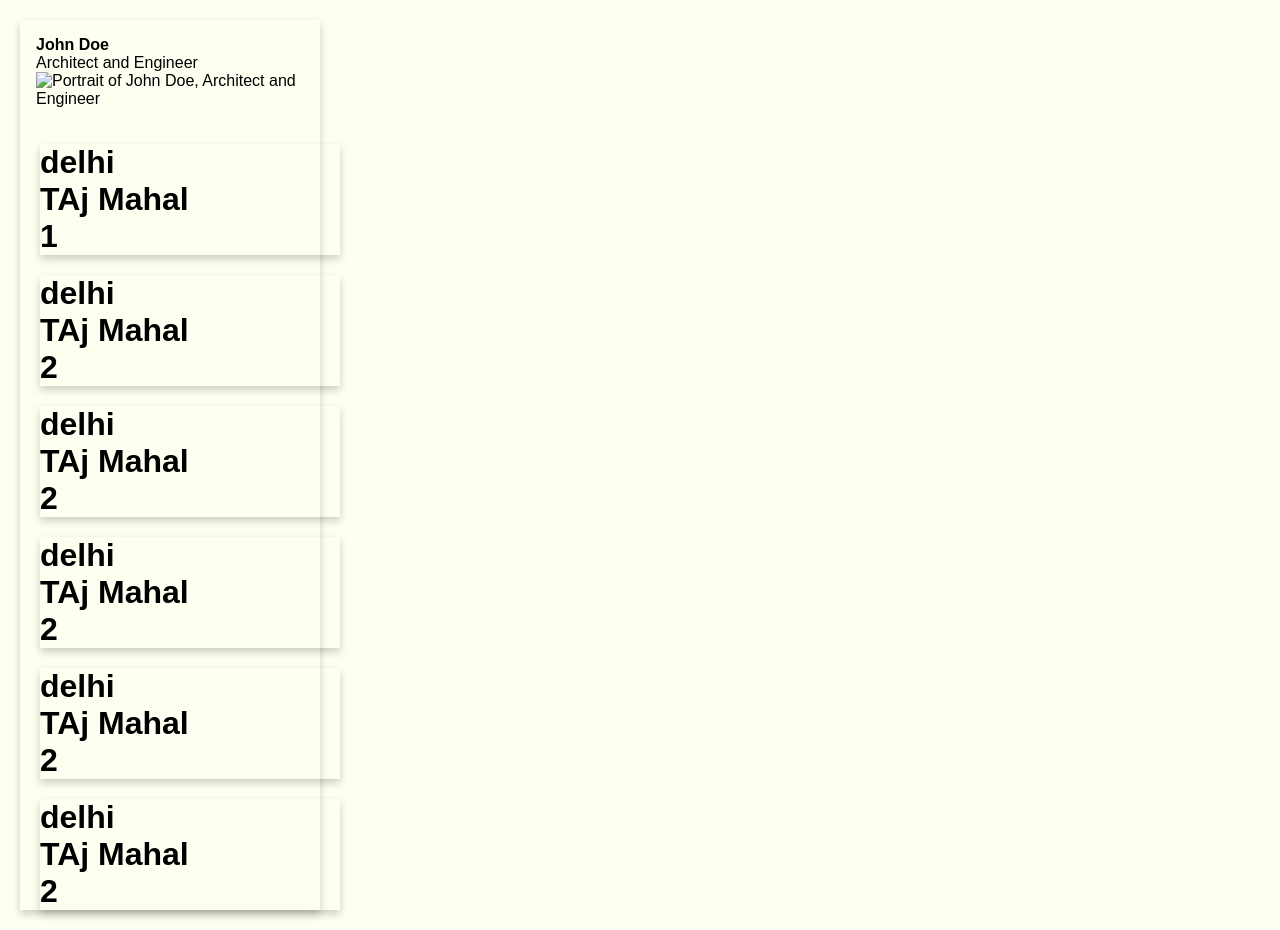
Repository: Muskan1Kumari4draw/React-app-with-concept
Page: /
The author's editor kept a copy of each file at every save. The page is drawn from the files as they stood at one save, then again after a run of saves.
The browser window is 1280 px wide. The pictures show the whole page.
The project was rebuilt for these pictures with package versions that can differ from the ones it lists, and the page was loaded fresh each time.

Above is the page before, as saved 2024-09-29 14:46:31.

### src/App.js
import React from 'react';
import Restaurant from  "./component/Basic/Restaurant";
const App = () => {
  return <Restaurant/> ;
};

export default App

### src/component/Basic/Restaurant.js
import React from 'react';
import "./style.css";
import data from './restaurant.json'
const Restaurant = () => {
  return (
    <>
      <div className="card">
        <div className="container">
          <span className="card-title"><b>John Doe</b></span>
          <p className="description">Architect and Engineer</p>
          <img  alt="Portrait of John Doe, Architect and Engineer" />
        </div>
      <div>
        {
          data.map((item, index) =>{
            return (
              <div key ={index} className='card'>
                <h1 className="card-title">{item.placeName}</h1>
                <h1 className="description">{item.Monument}</h1>
                <h1>{item.id}</h1>
              </div>
            )
          })
        }
      </div>
      </div>
    </>
  );
};

export default Restaurant;

### src/component/Basic/style.css
* {
  margin: 0;
  padding: 0;
  box-sizing: border-box;
}

body {
  background: rgb(255, 255, 241);
  font-family: Arial, sans-serif;
}

/* Navbar Styling */
.navbar {
  margin: auto;
  background: #fff;
  height: 50px;
  box-shadow: 0 4px 8px 0 rgba(0, 0, 0, 0.2);
  display: flex;
  justify-content: center;
  align-items: center;
}

.menu-nav {
  display: flex;
  justify-content: center;
}

.navbar a {
  color: #333;
  text-align: center;
  padding: 14px 16px;
  text-decoration: none;
  font-size: 17px;
  margin: auto;
}

/* Card Styling */
.card {
  box-shadow: 0 4px 8px 0 rgba(0, 0, 0, 0.2);
  transition: 0.3s;
  width: 300px;
  height: auto;
  margin: 20px;
}

.card:hover {
  box-shadow: 0 8px 16px 0 rgba(0, 0, 0, 0.2);
}

.container {
  padding: 16px;
}

.container img {
  width: 100%;
  height: auto;
  display: block;
}

.section-div {
  display: flex;
  flex-wrap: wrap;
  justify-content: center;
  align-items: center;
}

/* Responsive Media Queries */
@media screen and (max-width: 768px) {
  /* Stack the navbar links vertically on small screens */
  .navbar {
    flex-direction: column;
    height: auto;
  }

  .menu-nav {
    flex-direction: column;
  }

  .navbar a {
    padding: 10px;
    font-size: 15px;
    margin: 5px 0;
  }

  /* Adjust card layout on small screens */
  .card {
    width: 90%;
    margin: 10px;
  }

  /* Adjust font size and padding */
  .container {
    padding: 10px;
  }
}

@media screen and (max-width: 480px) {
  /* Further adjustments for very small screens */
  .navbar a {
    font-size: 14px;
    padding: 8px;
  }

  .card {
    width: 100%;
    margin: 10px;
  }

  .container h4 {
    font-size: 18px;
  }

  .container p {
    font-size: 14px;
  }
}  * {
      margin: 0;
      padding: 0;
      box-sizing: border-box;
    }

    body {
      background: rgb(255, 255, 241);
      font-family: Arial, sans-serif;
    }

    /* Navbar Styling */
    .navbar {
      margin: auto;
      background: #fff;
      height: 50px;
      box-shadow: 0 4px 8px 0 rgba(0, 0, 0, 0.2);
      display: flex;
      justify-content: center;
      align-items: center;
    }

    .menu-nav {
      display: flex;
      justify-content: center;
    }

    .navbar a {
      color: #333;
      text-align: center;
      padding: 14px 16px;
      text-decoration: none;
      font-size: 17px;
      margin: auto;
    }

    /* Card Styling */
    .card {
      box-shadow: 0 4px 8px 0 rgba(0, 0, 0, 0.2);
      transition: 0.3s;
      width: 300px;
      height: auto;
      margin: 20px;
    }

    .card:hover {
      box-shadow: 0 8px 16px 0 rgba(0, 0, 0, 0.2);
    }

    .container {
      padding: 16px;
    }

    .container img {
      width: 100%;
      height: auto;
      display: block;
    }

    .section-div {
      display: flex;
      flex-wrap: wrap;
      justify-content: center;
      align-items: center;
    }

    /* Responsive Media Queries */
    @media screen and (max-width: 768px) {
      /* Stack the navbar links vertically on small screens */
      .navbar {
        flex-direction: column;
        height: auto;
      }

      .menu-nav {
        flex-direction: column;
      }

      .navbar a {
        padding: 10px;
        font-size: 15px;
        margin: 5px 0;
      }

      /* Adjust card layout on small screens */
      .card {
        width: 90%;
        margin: 10px;
      }

      /* Adjust font size and padding */
      .container {
        padding: 10px;
      }
    }

    @media screen and (max-width: 480px) {
      /* Further adjustments for very small screens */
      .navbar a {
        font-size: 14px;
        padding: 8px;
      }

      .card {
        width: 100%;
        margin: 10px;
      }

      .container h4 {
        font-size: 18px;
      }

      .container p {
        font-size: 14px;
      }
    }

### src/component/Basic/restaurant.json
[
  {
    "placeName":"delhi",
    "Monument":"TAj Mahal",
    "id":1
  },
  {
    "placeName":"delhi",
    "Monument":"TAj Mahal",
    "id":2
  },
  {
    "placeName":"delhi",
    "Monument":"TAj Mahal",
    "id":2
  },
  {
    "placeName":"delhi",
    "Monument":"TAj Mahal",
    "id":2
  },
  {
    "placeName":"delhi",
    "Monument":"TAj Mahal",
    "id":2
  },
  {
    "placeName":"delhi",
    "Monument":"TAj Mahal",
    "id":2
  }
]

Loaded but not shown: public/index.html (common file); src/index.js (common file); src/reportWebVitals.js (common file)

After the next 4 saves:
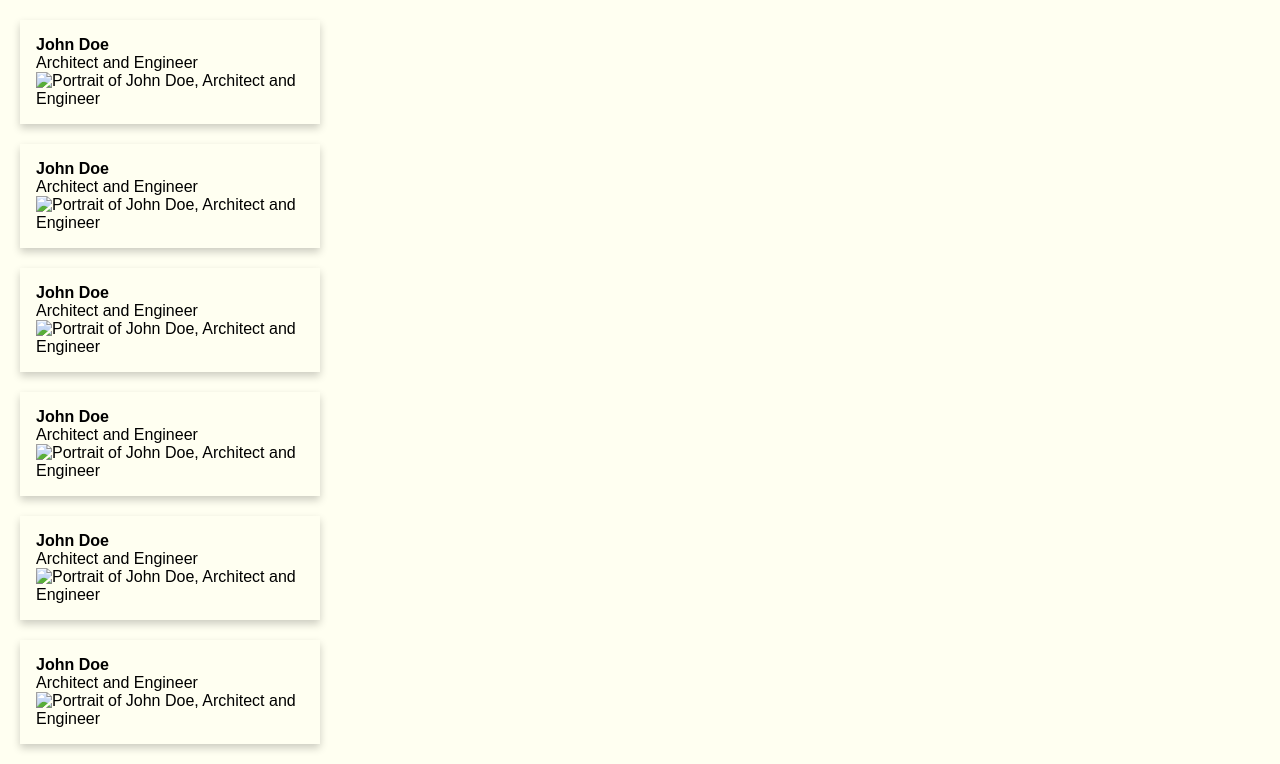
The 4 saves are shown as one change because 3 did not build or start.
The last was saved 21 min 0 s later.
--- a/src/component/Basic/Restaurant.js
+++ b/src/component/Basic/Restaurant.js
@@ -4,26 +4,23 @@
 const Restaurant = () => {
   return (
     <>
-      <div className="card">
+    {
+        data.map((area,index) =>{
+        return (
+<div className="card" key ={index}>
         <div className="container">
           <span className="card-title"><b>John Doe</b></span>
           <p className="description">Architect and Engineer</p>
           <img  alt="Portrait of John Doe, Architect and Engineer" />
         </div>
       <div>
-        {
-          data.map((item, index) =>{
-            return (
-              <div key ={index} className='card'>
-                <h1 className="card-title">{item.placeName}</h1>
-                <h1 className="description">{item.Monument}</h1>
-                <h1>{item.id}</h1>
-              </div>
-            )
-          })
-        }
       </div>
       </div>
+        )})
+        }
+
+
+
     </>
   );
 };
